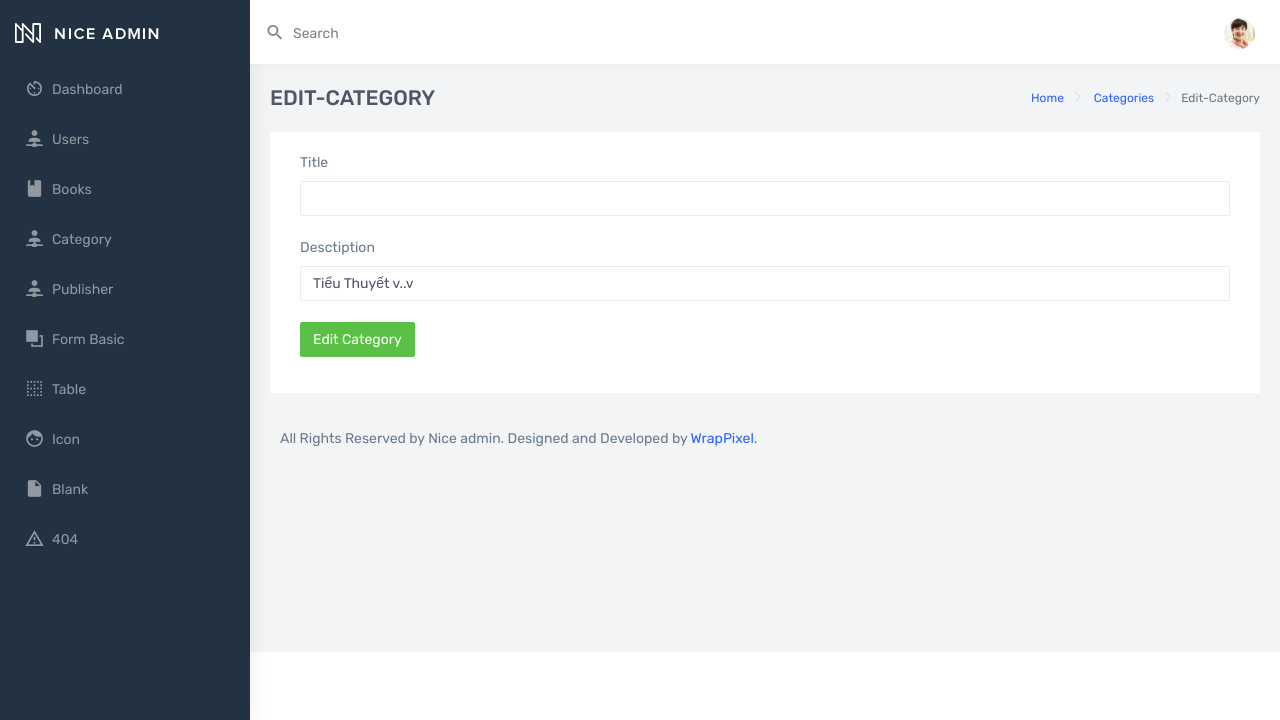
Repository: dev1xc/library-management-system
Page: http://localhost/admin/edit-category/13
These files come from the project's save history. The page is drawn as it stood at one moment and after a run of saves; the edit follows.
The browser window is 1280 px wide. The pictures show the whole page.
Some web fonts or font styles are not loaded; a fallback is used. The page is served by the project's Laravel application, run on PHP 8.4 with Laravel 10. The first stored user is signed in. The database holds what the project's SQL file puts in it.

Above is the page before, as saved 2024-02-08 02:41:58.
Console error: TypeError: Cannot read properties of null (reading 'querySelector')

After the next 2 saves:
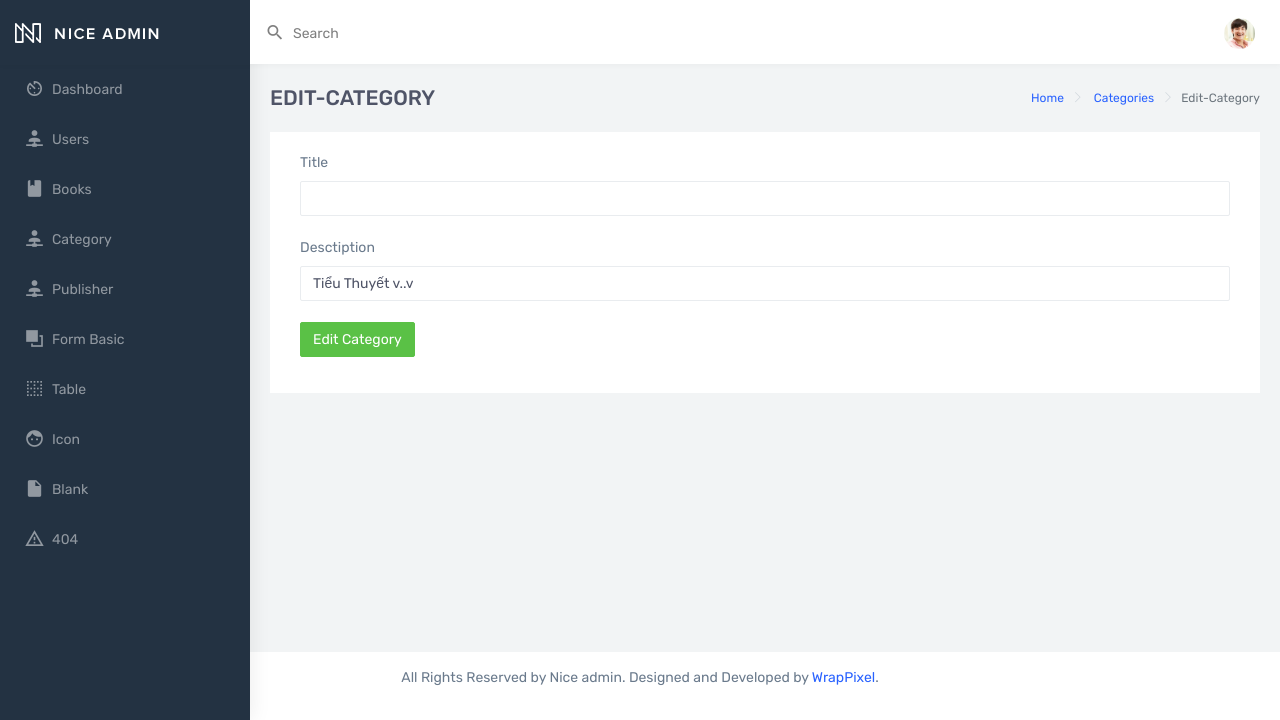
The 2 saves are shown as one change because they came seconds apart.
The last was saved 8 s later.
--- a/resources/views/admin/functions/category/edit.blade.php
+++ b/resources/views/admin/functions/category/edit.blade.php
@@ -1,6 +1,6 @@
 @extends('admin.layouts.main')
 @section('content')
-@if ($errors->any())
+  @if ($errors->any())
     <div class="alert alert-danger alert-dismissible">
       <ul>
         @foreach ($errors->all() as $error)
@@ -31,41 +31,45 @@
       </div>
     </div>
   </div>
-    <div class="container-fluid">
-        <!-- ============================================================== -->
-        <!-- Start Page Content -->
-        <!-- ============================================================== -->
-        <div class="row">
-          <div class="col-lg-12 col-xlg-10 col-md-7">
-            <div class="card">
-              <div class="card-body">
-          <form method="post">
-            @csrf
-            <div class="form-group">
-              <label class="col-md-12">Title</label>
-              <div class="col-md-12">
-                <input type="text" value="{{ $data->name }}" class="form-control form-control-line" name="name">
-              </div>
-              @error('title')
-                <span class="col-md-12" style="color: red">{{ $message }}</span>
-              @enderror
-              <br>
-              <label class="col-md-12">Desctiption</label>
-              <div class="col-md-12">
-                <input type="text" value="{{ $data->description }}" class="form-control form-control-line" name="description">
-              </div>
-              @error('description')
-                <span class="col-md-12" style="color: red">{{ $message }}</span>
-              @enderror
-              <br>
+  <div class="container-fluid">
+    <!-- ============================================================== -->
+    <!-- Start Page Content -->
+    <!-- ============================================================== -->
+    <div class="row">
+      <div class="col-lg-12 col-xlg-10 col-md-7">
+        <div class="card">
+          <div class="card-body">
+            <form method="post">
+              @csrf
               <div class="form-group">
-                <div class="col-sm-12">
-                  <button class="btn btn-success" type="submit">Edit Category</button>
+                <label class="col-md-12">Title</label>
+                <div class="col-md-12">
+                  <input type="text" value="{{ $data->name }}" class="form-control form-control-line" name="name">
+                </div>
+                @error('title')
+                  <span class="col-md-12" style="color: red">{{ $message }}</span>
+                @enderror
+                <br>
+                <label class="col-md-12">Desctiption</label>
+                <div class="col-md-12">
+                  <input type="text" value="{{ $data->description }}" class="form-control form-control-line"
+                    name="description">
+                </div>
+                @error('description')
+                  <span class="col-md-12" style="color: red">{{ $message }}</span>
+                @enderror
+                <br>
+                <div class="form-group">
+                  <div class="col-sm-12">
+                    <button class="btn btn-success" type="submit">Edit Category</button>
+                  </div>
                 </div>
               </div>
-            </div>
-          </form>
+            </form>
+          </div>
         </div>
+      </div>
     </div>
+  </div>
 
 @endsection
